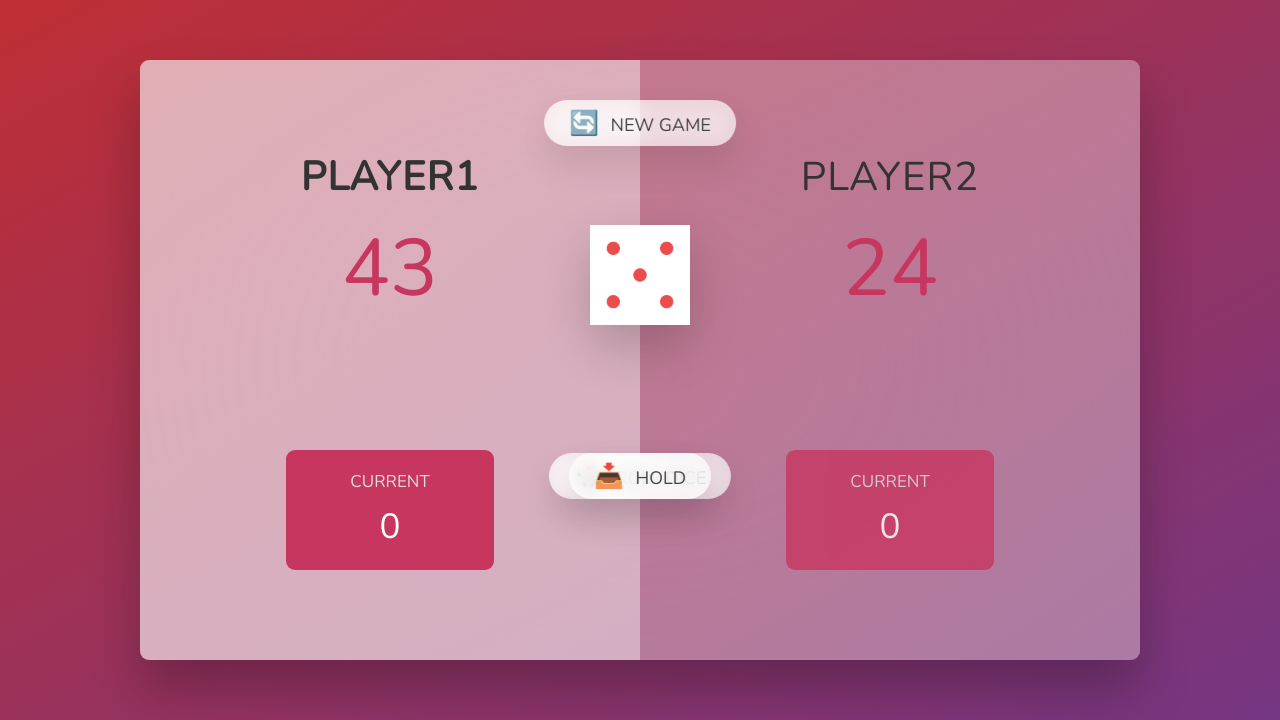
Repository: otvertka/jsc_07
Page: index.html
These files come from the project's save history. The page is drawn as it stood at one moment and after the next save; the edit follows.
The browser window is 1280 px wide. The pictures show the whole page.

Above is the page before, as saved 2022-12-24 13:22:18.

After the next save:
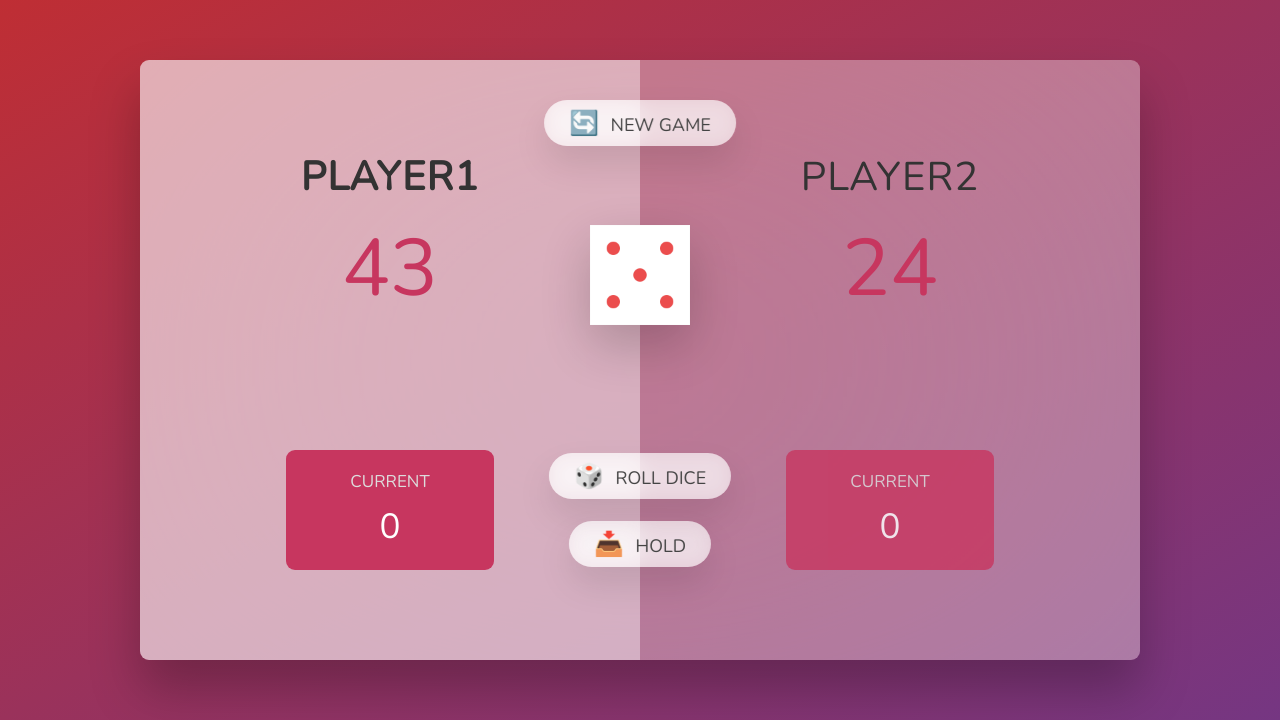
Saved 32 s later.
--- a/index.html
+++ b/index.html
@@ -29,7 +29,7 @@
       <img src="/dice-5.png" alt="Playing dice" class="dice" />
       <button class="btn btn--new">🔄 New game</button>
       <button class="btn btn--roll">🎲 Roll dice</button>
-      <button class="btn btn--roll">📥 Hold</button>
+      <button class="btn btn--hold">📥 Hold</button>
     </main>
     <script src="script.js"></script>
   </body>
